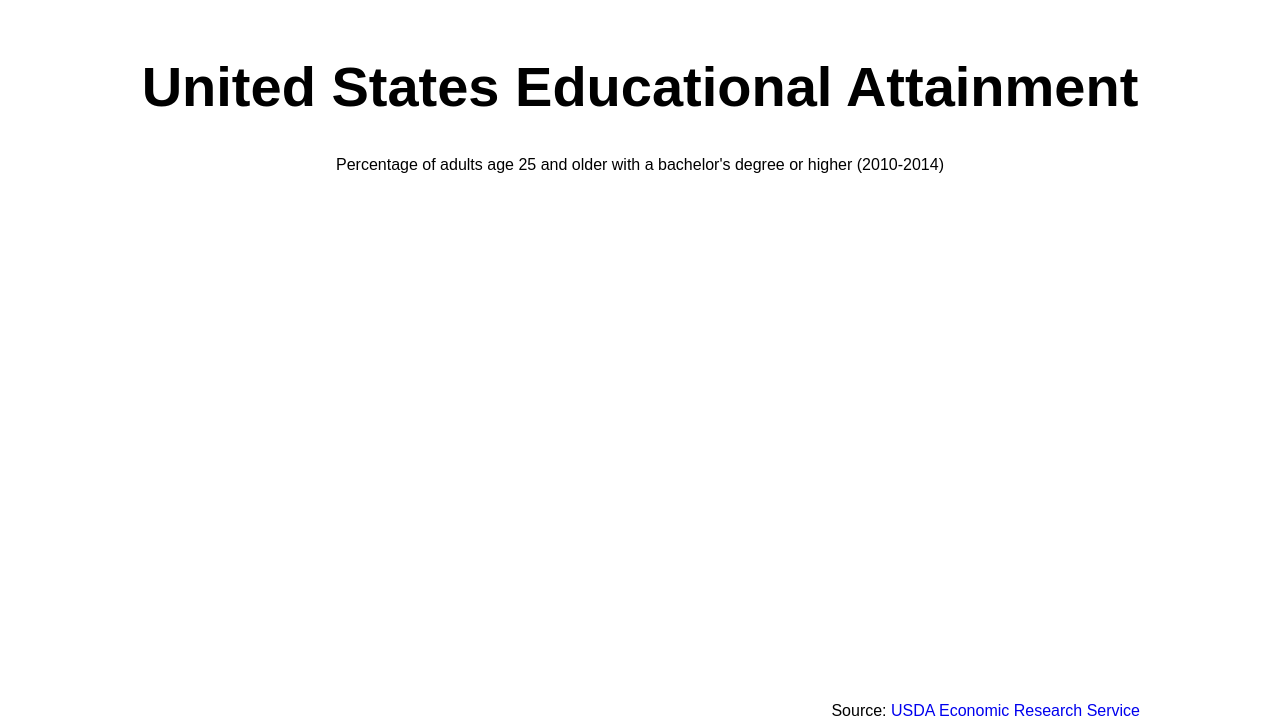
Repository: inv-Ayiba/D3
Page: ChoroplethStolenFCC.html
An editor plug-in stored every save of this project. The page is shown before and after the next save, followed by the edit.
The browser window is 1280 px wide. The pictures show the whole page.
Some web libraries are served in a nearby version.

Above is the page before, as saved 2022-04-28 10:00:55.

### ChoroplethStolenFCC.html
<style>html,
  body {
    padding: 0;
    margin: 0;
  }

  body {
    display: flex;
    justify-content: center;
    font-family: 'Arial';
  }

  #main {
    width: 1000px;
    display: flex;
    padding-top: 1rem;
    flex-direction: column;
    align-items: center;
  }

  .counties {
    fill: none;
  }

  .states {
    fill: none;
    stroke: #fff;
    stroke-linejoin: round;
  }

  div.tooltip {
    position: absolute;
    padding: 10px;
    font: 12px Arial;
    background: rgba(255, 255, 204, 0.9);
    box-shadow: 1px 1px 10px rgba(128, 128, 128, 0.6);
    border: 0px;
    border-radius: 2px;
    pointer-events: none;
  }

  #title {
    font-size: 3.5rem;
  }

  #description {
    text-align: center;
  }

  #source {
    align-self: flex-end;
    margin-top: 1rem;
  }

  a {
    text-decoration: none;
  }


</style>

<head>



  <!-- <script src="/d3-7.3.0/package/dist/d3.min.js"></script> -->
  <script src="https://cdnjs.cloudflare.com/ajax/libs/d3/7.0.4/d3.min.js"></script>

  <script src="https://cdnjs.cloudflare.com/ajax/libs/topojson/3.0.2/topojson.min.js"></script>
  <!-- <script src="https://cdn.jsdelivr.net/npm/d3-scale-chromatic@3.0.0/dist/d3-scale-chromatic.min.js"></script> -->





  <title id="title">Choropleth</title>
</head>
<body>
  <!-- <script src="https://cdn.freecodecamp.org/testable-projects-fcc/v1/bundle.js"></script> -->



<div id="main">
  <h1 id="title">United States Educational Attainment</h1>
  <div id="description">
    Percentage of adults age 25 and older with a bachelor's degree or higher
    (2010-2014)
  </div>
  <svg width="960" height="600"></svg>
  <div id="source">
    Source:
    <a
      href="https://www.ers.usda.gov/data-products/county-level-data-sets/download-data.aspx"
      >USDA Economic Research Service</a
    >
  </div>
</div>
</body>

After the next save:
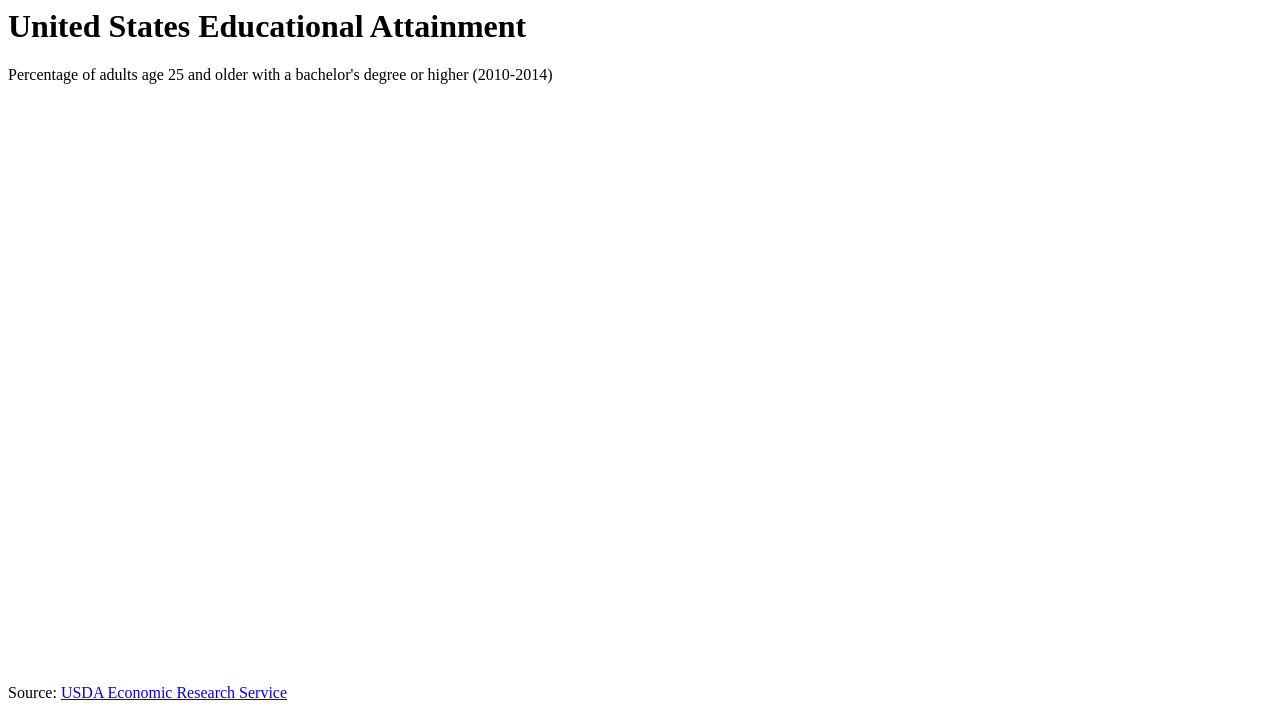
Saved 54 min 7 s later.
--- a/ChoroplethStolenFCC.html
+++ b/ChoroplethStolenFCC.html
@@ -1,63 +1,4 @@
-<style>html,
-  body {
-    padding: 0;
-    margin: 0;
-  }
 
-  body {
-    display: flex;
-    justify-content: center;
-    font-family: 'Arial';
-  }
-
-  #main {
-    width: 1000px;
-    display: flex;
-    padding-top: 1rem;
-    flex-direction: column;
-    align-items: center;
-  }
-
-  .counties {
-    fill: none;
-  }
-
-  .states {
-    fill: none;
-    stroke: #fff;
-    stroke-linejoin: round;
-  }
-
-  div.tooltip {
-    position: absolute;
-    padding: 10px;
-    font: 12px Arial;
-    background: rgba(255, 255, 204, 0.9);
-    box-shadow: 1px 1px 10px rgba(128, 128, 128, 0.6);
-    border: 0px;
-    border-radius: 2px;
-    pointer-events: none;
-  }
-
-  #title {
-    font-size: 3.5rem;
-  }
-
-  #description {
-    text-align: center;
-  }
-
-  #source {
-    align-self: flex-end;
-    margin-top: 1rem;
-  }
-
-  a {
-    text-decoration: none;
-  }
-
-
-</style>
 
 <head>
 

After the save that followed:
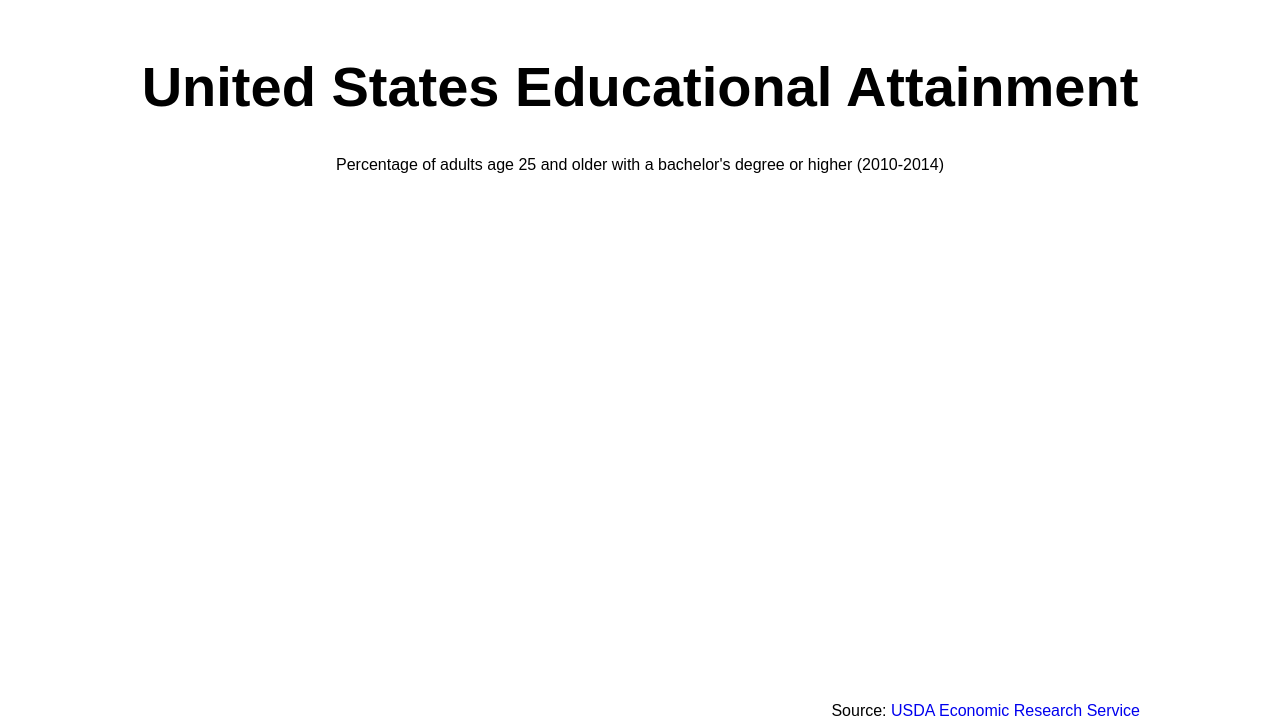
Saved 44 s later.
--- a/ChoroplethStolenFCC.html
+++ b/ChoroplethStolenFCC.html
@@ -1,4 +1,63 @@
+<style>html,
+  body {
+    padding: 0;
+    margin: 0;
+  }
 
+  body {
+    display: flex;
+    justify-content: center;
+    font-family: 'Arial';
+  }
+
+  #main {
+    width: 1000px;
+    display: flex;
+    padding-top: 1rem;
+    flex-direction: column;
+    align-items: center;
+  }
+
+  .counties {
+    fill: none;
+  }
+
+  .states {
+    fill: none;
+    stroke: #fff;
+    stroke-linejoin: round;
+  }
+
+  div.tooltip {
+    position: absolute;
+    padding: 10px;
+    font: 12px Arial;
+    background: rgba(255, 255, 204, 0.9);
+    box-shadow: 1px 1px 10px rgba(128, 128, 128, 0.6);
+    border: 0px;
+    border-radius: 2px;
+    pointer-events: none;
+  }
+
+  #title {
+    font-size: 3.5rem;
+  }
+
+  #description {
+    text-align: center;
+  }
+
+  #source {
+    align-self: flex-end;
+    margin-top: 1rem;
+  }
+
+  a {
+    text-decoration: none;
+  }
+
+
+</style>
 
 <head>
 
